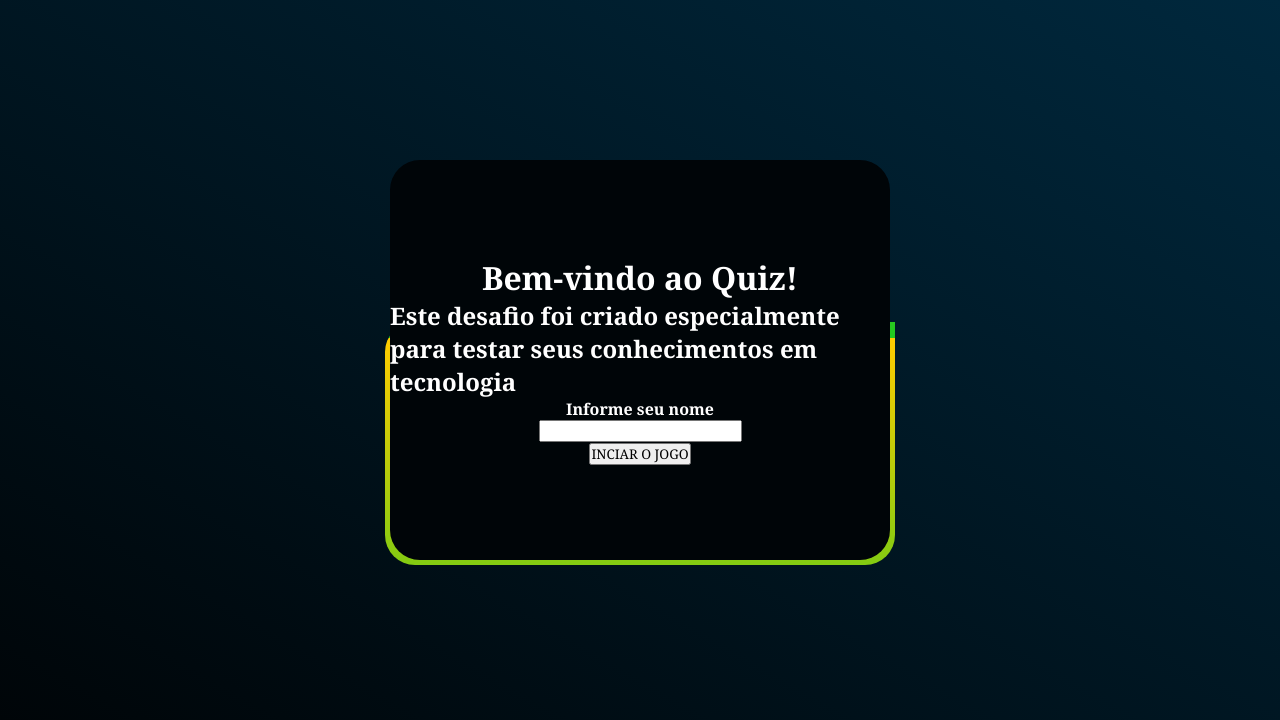
Repository: LaisSilvaO/Projeto-Quizz
Page: telas/apresentação.html
An editor plug-in stored every save of this project. The page is shown before and after the next save, followed by the edit.
The browser window is 1280 px wide. The pictures show the whole page.

Above is the page before, as saved 2024-12-25 21:05:33.

### telas/apresentação.html
<!DOCTYPE html>
<html lang="pt-br">

<head>
    <meta charset="UTF-8">
    <meta name="viewport" content="width=device-width, initial-scale=1.0">
    <title>Quiz</title>
    <link rel="stylesheet" href="../img/tela.css">
</head>

<body>
    <div class="box1">
        <div class="box2">
            <H1> Bem-vindo ao Quiz!</H1>

            <h2>Este desafio foi criado especialmente para testar seus conhecimentos em tecnologia


            </h2>
            <h4>Informe seu nome </h4>
            <input type="text" id="nome">
            <A href="index.html">
                <h4><button>INCIAR O JOGO</button></h4>
            </A>
        </div>
    </div>

</body>

</html>

### img/tela.css
* {
  margin: 0;
  padding: 0;
  box-sizing: border-box;
  font-family: Cambria, Cochin, Georgia, Times, 'Times New Roman', serif;
}

body {
  height: 100vh;
  display: flex;
  justify-content: center;
  align-items: center;
  background: linear-gradient(210deg, #00283d, #000508);
}

main {
  background-color: white;
  padding: 10px;
  border-radius: 10px;
  width: 100%;
  max-width: 600px;
  min-height: 400px;
  display: flex;
  justify-content: center;
  align-items: center;
}

.box1{
  position: relative;
  width: 510px;
  height: 410px;

  border-radius: 30px;
  display: flex;
  justify-content: center;
  align-items: center;
  flex-direction: column;
  overflow: hidden;

}
.box2 {
  position: relative;
  width: 500px;
  height: 400px;
  background-color: #000508;
  border-radius: 30px;
  display: flex;
  justify-content: center;
  align-items: center;
  flex-direction: column;
  overflow: hidden;
  color: white;
}

/* Borda animada externa */
.box1::before {
  content: '';
  position: absolute;
  top: 0;
  left: 0;
  width: 100%;
  height: 100%;
  border-radius: 30px;
  border: 16px solid transparent; /* Espessura da borda aumentada */
  background-image: linear-gradient(360deg, #20ca20, #ffcc00);
  background-size: 400%; /* Aumenta o tamanho da animação da borda */
  animation: borderAnimation 3s linear 3s infinite ;
  z-index: -1; /* Garante que a borda fique atrás do conteúdo */
}

@keyframes borderAnimation {
  0% {
    top: 0px;
    left: 0px;
}
25% {
    top: 0px;
    left: 500px; /* Canto superior direito */
}
50% {
    top: 500px;
    left: 0px; /* Canto inferior direito */
}
75% {
    top: 0px;
    left: 0px; /* Canto inferior esquerdo */
}
100% {
    top: 500px;
    left: 0px;  /* Retorna ao canto superior esquerdo */
}
}

After the next save:
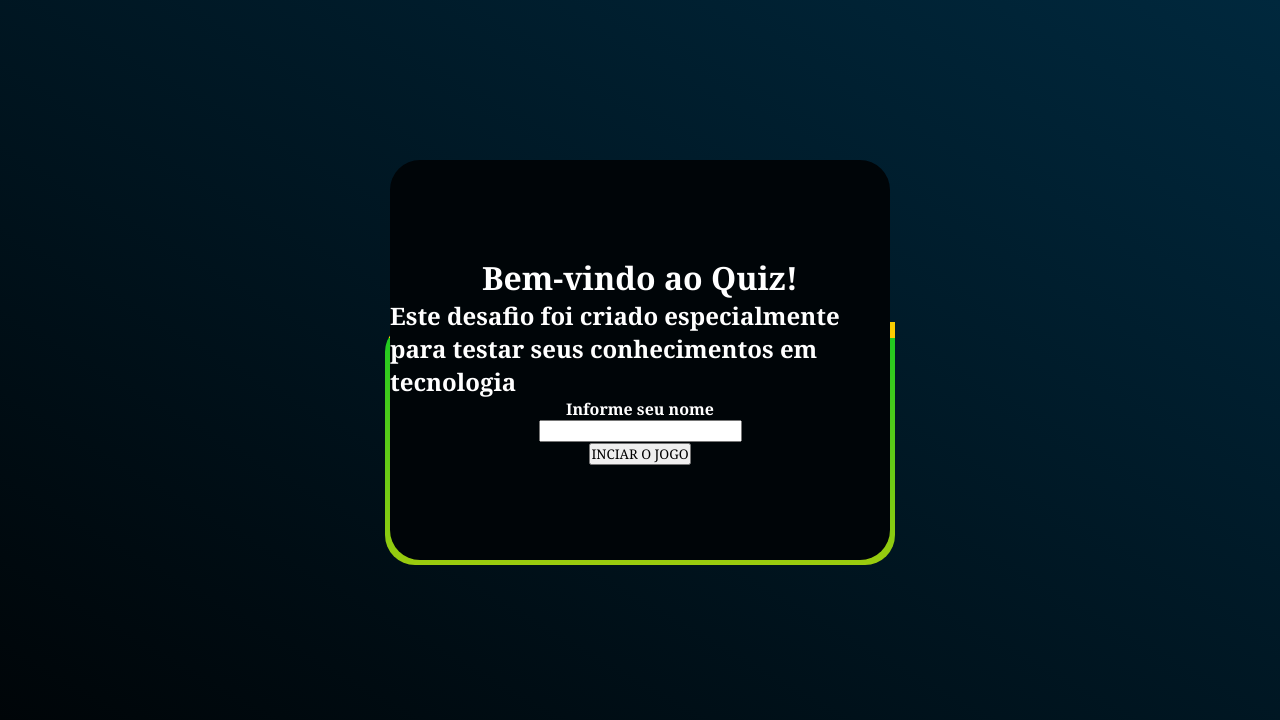
Saved 19 s later.
--- a/img/tela.css
+++ b/img/tela.css
@@ -62,7 +62,7 @@ main {
   height: 100%;
   border-radius: 30px;
   border: 16px solid transparent; /* Espessura da borda aumentada */
-  background-image: linear-gradient(360deg, #20ca20, #ffcc00);
+  background-image: linear-gradient(180deg, #20ca20, #ffcc00);
   background-size: 400%; /* Aumenta o tamanho da animação da borda */
   animation: borderAnimation 3s linear 3s infinite ;
   z-index: -1; /* Garante que a borda fique atrás do conteúdo */

After the save that followed:
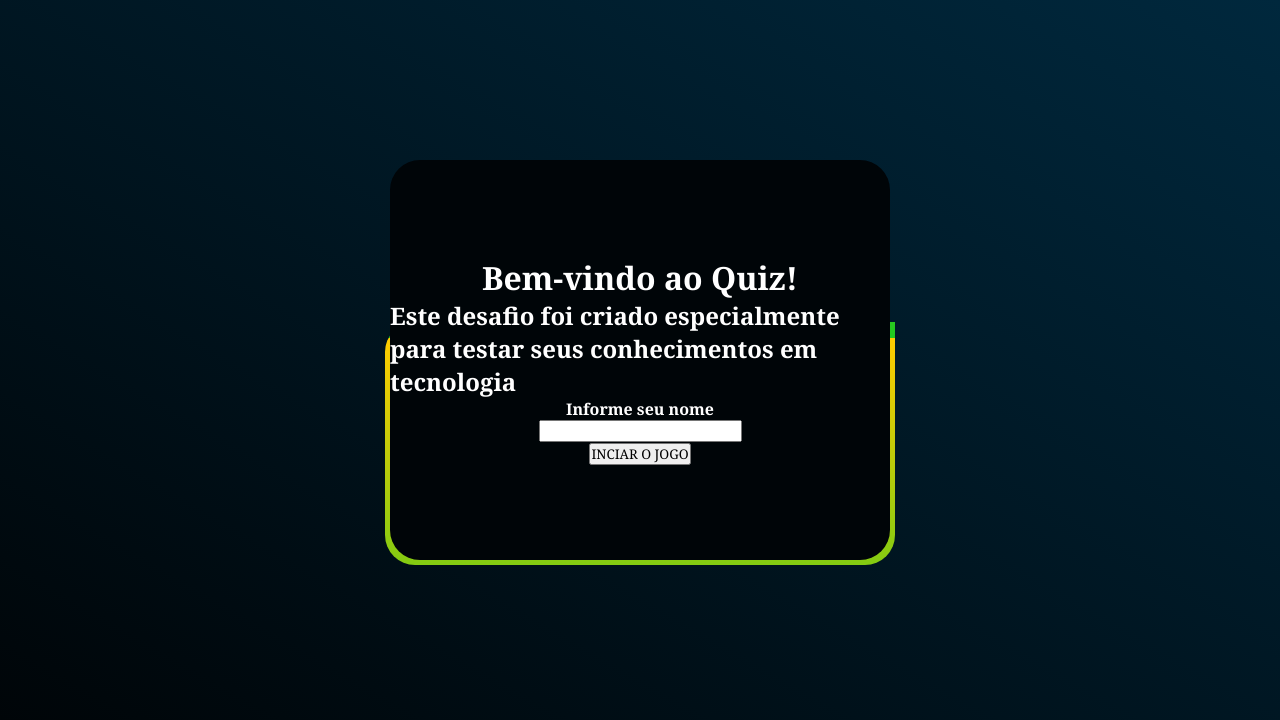
Saved 18 s later.
--- a/img/tela.css
+++ b/img/tela.css
@@ -62,7 +62,7 @@ main {
   height: 100%;
   border-radius: 30px;
   border: 16px solid transparent; /* Espessura da borda aumentada */
-  background-image: linear-gradient(180deg, #20ca20, #ffcc00);
+  background-image: linear-gradient(360deg, #20ca20, #ffcc00);
   background-size: 400%; /* Aumenta o tamanho da animação da borda */
   animation: borderAnimation 3s linear 3s infinite ;
   z-index: -1; /* Garante que a borda fique atrás do conteúdo */
